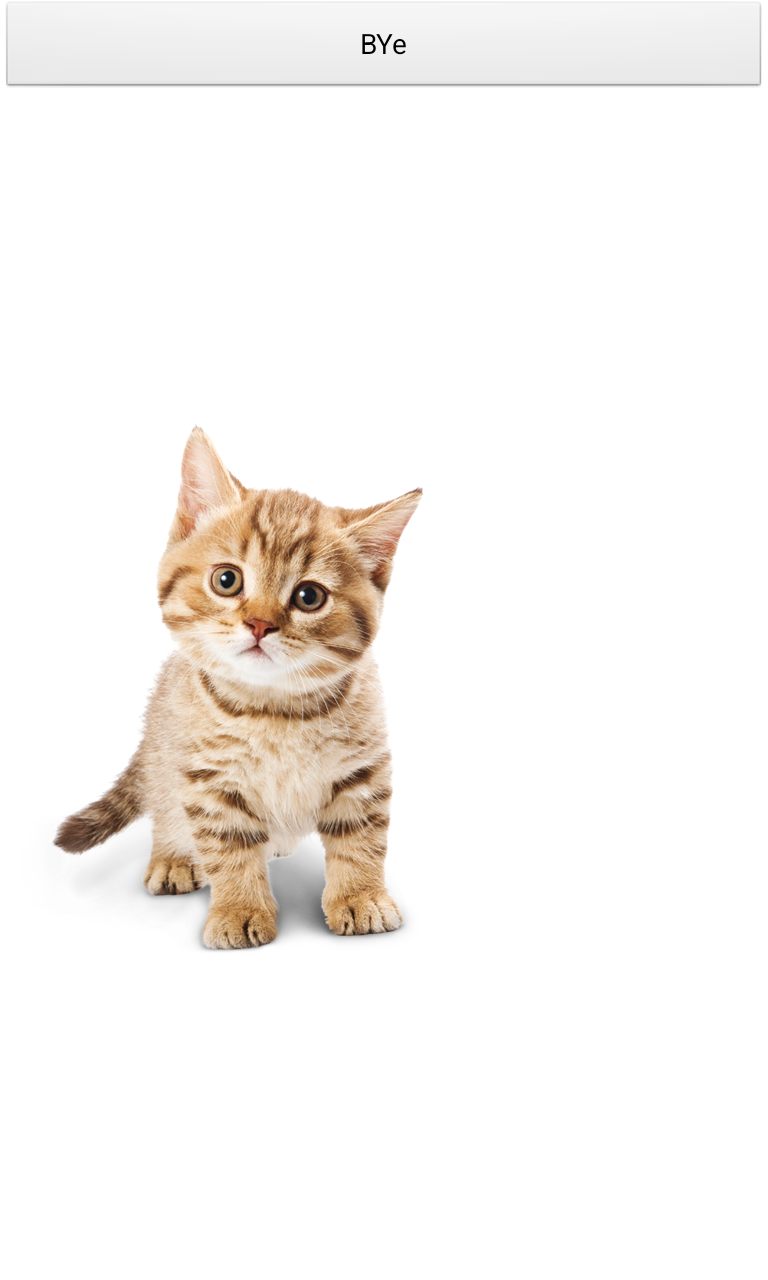
Repository: arjunpola/NDK
Layout: workspace/AndroidHellowWorld/res/layout/activity_main.xml
An editor plug-in stored every save of this project. The layout is shown before and after the next save, followed by the edit.
It is drawn on a 768 x 1280 px phone screen (xhdpi) without system bars, with theme AppTheme; the app's code is not run.

Above is the layout before, as saved 2012-11-08 03:46:26.

After the next save:
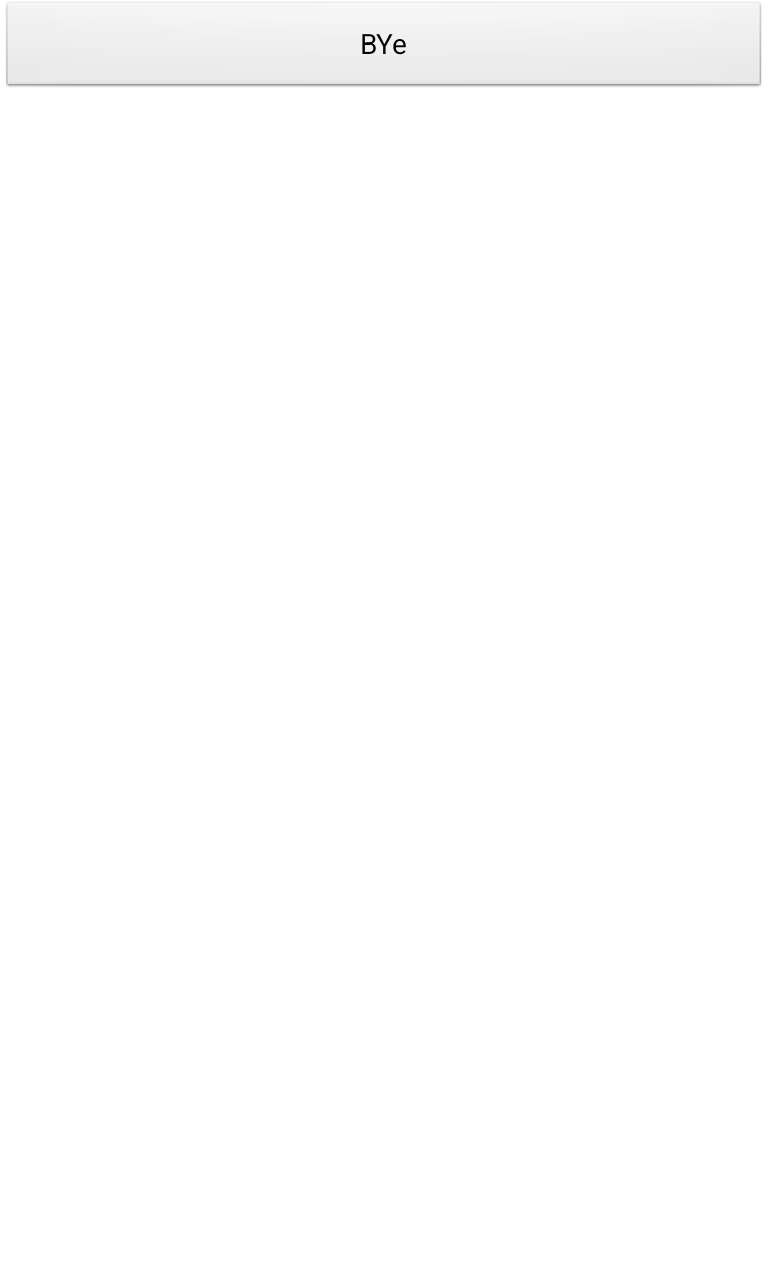
Saved 50 min 52 s later.
--- a/workspace/AndroidHellowWorld/res/layout/activity_main.xml
+++ b/workspace/AndroidHellowWorld/res/layout/activity_main.xml
@@ -5,16 +5,11 @@
     android:orientation="vertical" >
 
     <Button
+        android:id="@+id/btn_hello"
         android:layout_width="match_parent"
         android:layout_height="wrap_content"
-        android:onClick="onClick"
         android:text="BYe" />
 
-    <ImageView
-        android:id="@+id/imageView1"
-        android:layout_width="wrap_content"
-        android:layout_height="231dp"
-        android:layout_weight="0.70"
-        android:src="@drawable/cat" />
+
 
 </LinearLayout>
